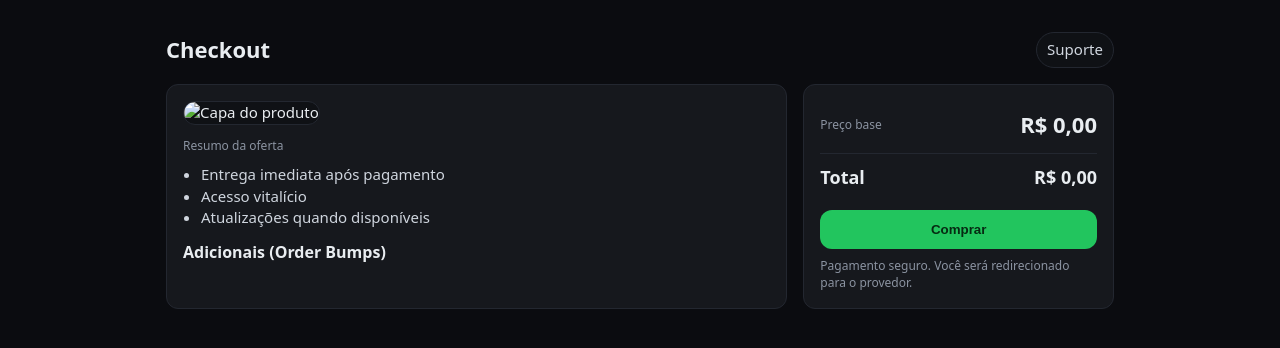
Repository: Rob-son-prog/hiveloja-whatsapp
Page: checkout/index.html
These files come from the project's save history. The page is drawn as it stood at one moment and after the next save; the edit follows.
The browser window is 1280 px wide. The pictures show the whole page.
The page's requests for data from a server got no answer.

Above is the page before, as saved 2025-10-09 10:00:52.

### checkout/index.html
<!doctype html>
<html lang="pt-BR">
<head>
  <meta charset="utf-8" />
  <meta name="viewport" content="width=device-width,initial-scale=1" />
  <title>Checkout</title>
  <style>
    :root{--bg:#0b0c10;--card:#16181d;--muted:#8b93a1;--txt:#e9edf1;--acc:#22c55e;--bd:#232730;}
    *{box-sizing:border-box}
    body{margin:0;font:15px/1.45 system-ui,-apple-system,Segoe UI,Roboto,Arial;background:var(--bg);color:var(--txt)}
    .wrap{max-width:980px;margin:32px auto;padding:0 16px}
    .head{display:flex;justify-content:space-between;align-items:center;margin-bottom:16px}
    .tabs{display:flex;gap:8px;flex-wrap:wrap}
    .tab{border:1px solid var(--bd);background:#0f1115;color:var(--txt);padding:8px 12px;border-radius:10px;cursor:pointer}
    .tab.active{background:var(--acc);color:#092b14;font-weight:700;border-color:#15803d}
    .grid{display:grid;grid-template-columns:2fr 1fr;gap:16px}
    .card{background:var(--card);border:1px solid var(--bd);border-radius:12px;padding:16px}
    .img{width:100%;height:280px;border-radius:12px;object-fit:cover;border:1px solid var(--bd);background:#0f1115}
    h1{font-size:22px;margin:0}
    h2{font-size:16px;margin:0 0 10px}
    .muted{color:var(--muted);font-size:12px}
    .price{font-size:22px;font-weight:800}
    .bump{display:flex;gap:10px;align-items:flex-start;border:1px dashed #2b313b;padding:10px;border-radius:10px;margin-bottom:10px;background:#0f1115}
    .bump input{margin-top:2px}
    .row{display:flex;justify-content:space-between;align-items:center;margin:8px 0}
    .total{font-size:18px;font-weight:800}
    .btn{appearance:none;border:0;border-radius:12px;padding:12px 16px;cursor:pointer;font-weight:700;width:100%}
    .btn-buy{background:var(--acc);color:#062a12}
    .badge{display:inline-flex;gap:6px;align-items:center;background:#0f1115;border:1px solid var(--bd);padding:6px 10px;border-radius:999px;color:#d1d7e0}
    .list{margin:10px 0 0;padding:0 0 0 18px;color:#cfd5de}
    @media (max-width:880px){.grid{grid-template-columns:1fr}}
  </style>
</head>
<body>
  <div class="wrap">
    <div class="head">
      <h1>Checkout</h1>
      <span class="badge" id="supportBadge">Suporte</span>
    </div>

    <div class="tabs" id="tabs"></div>

    <div class="grid">
      <!-- COL ESQ: produto -->
      <div class="card">
        <img id="cover" class="img" alt="Capa do produto" />
        <h2 id="title" style="margin-top:12px"></h2>
        <div class="muted">Resumo da oferta</div>
        <ul class="list" id="summaryList">
          <li>Entrega imediata após pagamento</li>
          <li>Acesso vitalício</li>
          <li>Atualizações quando disponíveis</li>
        </ul>

        <div style="height:12px"></div>
        <h2>Adicionais (Order Bumps)</h2>
        <div id="bumps"></div>
      </div>

      <!-- COL DIR: preço + comprar -->
      <div class="card">
        <div class="row">
          <div class="muted">Preço base</div>
          <div id="basePrice" class="price">R$ 0,00</div>
        </div>

        <div id="bumpLines"></div>

        <div class="row" style="border-top:1px solid var(--bd);padding-top:10px;margin-top:12px">
          <div class="total">Total</div>
          <div id="total" class="total">R$ 0,00</div>
        </div>

        <div style="height:12px"></div>
        <button class="btn btn-buy" id="buyBtn">Comprar</button>
        <div class="muted" style="margin-top:8px">Pagamento seguro. Você será redirecionado para o provedor.</div>
      </div>
    </div>
  </div>

  <script>
    // ------- helpers -------
    const parseBRL = (s='')=>{
      s = (s+'').replace(/\s/g,'').replace(/[R$\s]/gi,'').replace(/\./g,'').replace(',', '.');
      const n = Number(s);
      return isFinite(n) ? n : 0;
    };
    const fmtBRL = (n)=> n.toLocaleString('pt-BR',{style:'currency',currency:'BRL'});

    const makeOrderId = ()=> 'ORD-' + Date.now().toString(36).toUpperCase().slice(-6);

    // ------- estado -------
    let CONFIG=null;
    let cur='A'; // produto selecionado
    const el= (id)=>document.getElementById(id);

    async function loadConfig(){
      const r = await fetch('/config',{cache:'no-store'});
      CONFIG = await r.json();

      // tabs
      const tabs = el('tabs');
      const aLabel = CONFIG?.produtoA?.rotulo || 'Produto A';
      const bLabel = CONFIG?.produtoB?.rotulo || 'Produto B';
      tabs.innerHTML = `
        <button class="tab active" data-k="A">${aLabel}</button>
        <button class="tab" data-k="B">${bLabel}</button>
      `;
      tabs.onclick = (ev)=>{
        const b = ev.target.closest('.tab'); if(!b) return;
        cur = b.dataset.k;
        [...tabs.children].forEach(x=>x.classList.remove('active'));
        b.classList.add('active');
        renderProduct();
      };

      // badge suporte
      el('supportBadge').textContent = (CONFIG.whatsapp_suporte || 'Suporte');

      renderProduct();
    }

    function getProd(){
      return cur==='A' ? CONFIG?.produtoA || {} : CONFIG?.produtoB || {};
    }

    function renderProduct(){
      const p = getProd();

      // imagem + título
      el('cover').src = p.cover_url || '';
      el('title').textContent = p.titulo || `Produto ${cur}`;

      // preço base
      el('basePrice').textContent = p.preco || 'R$ 0,00';

      // bumps
      const host = el('bumps');
      host.innerHTML = '';
      const lines = el('bumpLines');
      lines.innerHTML = '';

      const bumps = Array.isArray(p.bumps) ? p.bumps.slice(0,3) : [];
      bumps.forEach(b=>{
        const id = `bump_${b.id}`;
        const row = document.createElement('label');
        row.className = 'bump';
        row.innerHTML = `
          <input type="checkbox" id="${id}" data-id="${b.id}" data-preco="${b.preco||''}">
          <div>
            <div><strong>${b.titulo || 'Adicional'}</strong></div>
            <div class="muted">${b.preco || ''}</div>
          </div>
        `;
        host.appendChild(row);
      });

      // total
      calcTotal();
      host.onchange = calcTotal;

      // comprar
      el('buyBtn').onclick = onBuy;
    }

    function calcTotal(){
      const p = getProd();
      let total = parseBRL(p.preco || '0');
      const bumps = Array.from(el('bumps').querySelectorAll('input[type=checkbox]'));
      const lines = el('bumpLines');
      lines.innerHTML = '';
      bumps.forEach(chk=>{
        if(chk.checked){
          const price = parseBRL(chk.dataset.preco||'0');
          total += price;
          const line = document.createElement('div');
          line.className='row';
          line.innerHTML = `<div class="muted">+ ${chk.nextElementSibling?.querySelector('strong')?.textContent || 'Adicional'}</div>
                            <div>${chk.dataset.preco || ''}</div>`;
          lines.appendChild(line);
        }
      });
      el('total').textContent = fmtBRL(total);
    }

    function onBuy(){
      const p = getProd();
      if(!p.checkout_url){
        alert('Checkout URL do produto não configurada.');
        return;
      }
      const orderId = makeOrderId();
      let url = (p.checkout_url+'').replace('{ORDER_ID}', orderId);

      // flags de bumps
      const bumps = Array.from(el('bumps').querySelectorAll('input[type=checkbox]'));
      const params = new URLSearchParams();
      bumps.forEach(chk => params.set(chk.dataset.id, chk.checked ? '1' : '0'));
      // anexa
      const glue = url.includes('?') ? '&' : '?';
      url = url + glue + params.toString();

      // abre
      window.location.href = url;
    }

    loadConfig().catch(err=>{
      console.error(err);
      alert('Falha ao carregar configurações.');
    });
  </script>
</body>
</html>

After the next save:
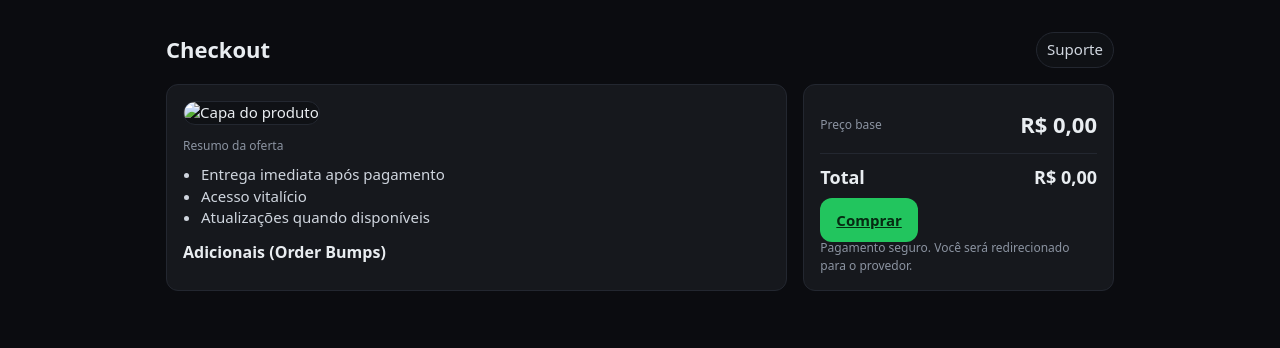
Saved 3 min 26 s later.
--- a/checkout/index.html
+++ b/checkout/index.html
@@ -72,8 +72,9 @@
         </div>
 
         <div style="height:12px"></div>
-        <button class="btn btn-buy" id="buyBtn">Comprar</button>
-        <div class="muted" style="margin-top:8px">Pagamento seguro. Você será redirecionado para o provedor.</div>
+<a class="btn btn-buy" href="/mp/checkout?product=A">Comprar</a>
+<div class="muted" style="margin-top:8px">Pagamento seguro. Você será redirecionado para o provedor.</div>
+
       </div>
     </div>
   </div>
